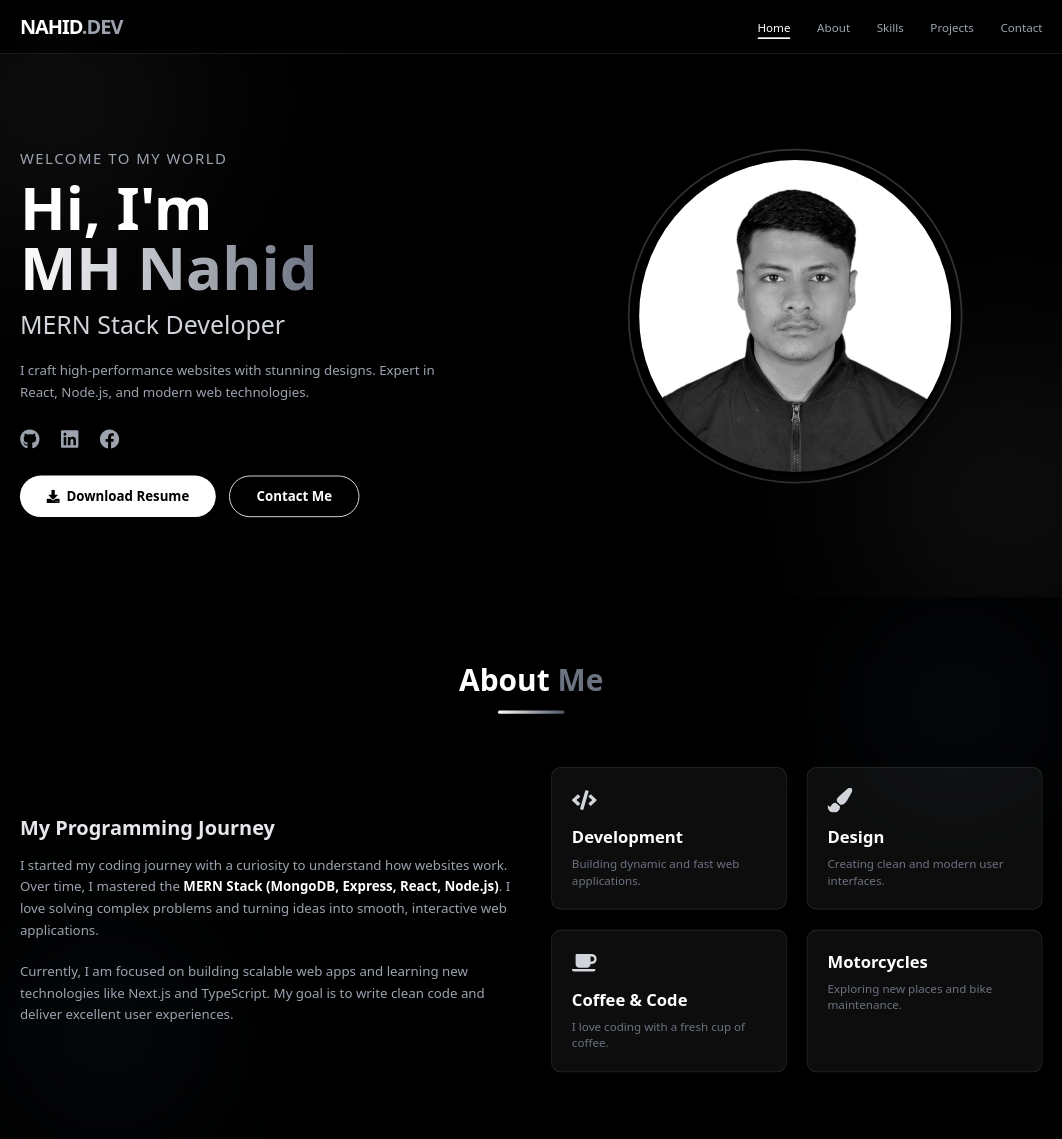
Repository: nahid-hasann/portfolio
Page: /
An editor plug-in stored every save of this project. The page is shown before and after the next save, followed by the edit.
The browser window is 1280 px wide. The pictures show the whole page, at 83% of full size.
The project was rebuilt for these pictures with package versions that can differ from the ones it lists, and the page was loaded fresh each time. Also part of the build but not shown: vite.config.js.

Above is the page before, as saved 2026-01-05 21:24:12.

### index.html
<!doctype html>
<html data-theme="light" lang="en">
  <head>
    <meta charset="UTF-8" />
    <link rel="icon" type="image/svg+xml" href="/vite.svg" />
    <meta name="viewport" content="width=device-width, initial-scale=1.0" />
    <title>my-portfolio</title>
  </head>
  <body>
    <div id="root"></div>
    <script type="module" src="/src/main.jsx"></script>
  </body>
</html>

### src/main.jsx
import { StrictMode } from 'react'
import { createRoot } from 'react-dom/client'
import './index.css'
import App from './App.jsx'
import {
  createBrowserRouter,
  RouterProvider,
} from "react-router-dom";
import Home from './page/Home.jsx';

const router = createBrowserRouter([
  {
    path: "/",
    element: <App />,
    children: [
      {
        path: "/",
        element: <Home></Home>,
      },
      {
        path: "/about",
        element: <div className="text-center mt-10 text-2xl">ℹ️ This is About Section</div>,
      },
      {
        path: "/projects",
        element: <div className="text-center mt-10 text-2xl">🚀 This is Projects Section</div>,
      },
      {
        path: "/contact",
        element: <div className="text-center mt-10 text-2xl">📞 This is Contact Section</div>,
      },
      {
        path: "/skills",
        element: <div className="text-center mt-10 text-2xl" >this is skill </div>
      }
    ]
  },
]);

createRoot(document.getElementById('root')).render(
  <StrictMode>
    <RouterProvider router={router} />
  </StrictMode>,
)

### src/index.css
@tailwind base;
@tailwind components;
@tailwind utilities;

html {
    scroll-behavior: smooth;
    background-color: #000000;

    color: #ffffff;
}


::-webkit-scrollbar {
    width: 8px;
}

::-webkit-scrollbar-track {
    background: #1a1a1a;
}

::-webkit-scrollbar-thumb {
    background: #444;
    border-radius: 4px;
}

::-webkit-scrollbar-thumb:hover {
    background: #fff;
}

### src/App.jsx
import React from 'react';
import { Outlet } from 'react-router-dom';
import Navbar from './component/Navbar';
// import Navbar from './components/Navbar';

function App() {
  return (
    <div>

      <Navbar />

      <div className="w-full">
        <Outlet />
      </div>
    </div>
  );
}

export default App;

### src/page/Home.jsx
import React from 'react';
import Hero from '../component/Hero';
import About from '../component/About';


const Home = () => {
    return (
        <div className="bg-black min-h-screen">

            <Hero />

            <About></About>
        </div>
    );
};

export default Home;

### src/component/Navbar.jsx
import React, { useState } from 'react';
import { Link, useLocation } from 'react-router-dom';
import { motion, AnimatePresence } from 'framer-motion';
import { FaBars, FaTimes } from 'react-icons/fa';

const Navbar = () => {
    const [isOpen, setIsOpen] = useState(false);
    const location = useLocation();

    // মেনু আইটেমগুলোর লিস্ট
    const navLinks = [
        { name: 'Home', path: '/' },
        { name: 'About', path: '/about' },
        { name: 'Skills', path: '/skills' },
        { name: 'Projects', path: '/projects' },
        { name: 'Contact', path: '/contact' },
    ];

    // এক্টিভ লিংক চেক করার ফাংশন
    const isActive = (path) => location.pathname === path;

    return (
        <nav className="fixed top-0 left-0 right-0 z-50 bg-black/80 backdrop-blur-md border-b border-white/10">
            <div className="container mx-auto px-6 py-4 flex justify-between items-center">

                {/* Logo Area */}
                <motion.div
                    initial={{ opacity: 0, x: -20 }}
                    animate={{ opacity: 1, x: 0 }}
                    transition={{ duration: 0.5 }}
                >
                    <Link to="/" className="text-2xl font-bold tracking-tighter text-white">
                        NAHID<span className="text-gray-400">.DEV</span>
                    </Link>
                </motion.div>

                {/* Desktop Menu */}
                <div className="hidden md:flex space-x-8">
                    {navLinks.map((link, index) => (
                        <motion.div
                            key={index}
                            initial={{ opacity: 0, y: -10 }}
                            animate={{ opacity: 1, y: 0 }}
                            transition={{ delay: 0.1 * index, duration: 0.5 }}
                        >
                            <Link
                                to={link.path}
                                className={`text-sm font-medium transition-colors duration-300 relative group ${isActive(link.path) ? 'text-white' : 'text-gray-400 hover:text-white'
                                    }`}
                            >
                                {link.name}
                                {/* Hover Underline Animation */}
                                <span className={`absolute left-0 bottom-[-5px] w-0 h-[2px] bg-white transition-all duration-300 group-hover:w-full ${isActive(link.path) ? 'w-full' : ''}`}></span>
                            </Link>
                        </motion.div>
                    ))}
                </div>

                {/* Mobile Menu Button */}
                <div className="md:hidden">
                    <button onClick={() => setIsOpen(!isOpen)} className="text-white focus:outline-none text-2xl">
                        {isOpen ? <FaTimes /> : <FaBars />}
                    </button>
                </div>
            </div>

            {/* Mobile Dropdown Menu (AnimatePresence for smooth exit) */}
            <AnimatePresence>
                {isOpen && (
                    <motion.div
                        initial={{ opacity: 0, height: 0 }}
                        animate={{ opacity: 1, height: 'auto' }}
                        exit={{ opacity: 0, height: 0 }}
                        className="md:hidden bg-black border-b border-white/10 overflow-hidden"
                    >
                        <div className="flex flex-col items-center py-6 space-y-4">
                            {navLinks.map((link) => (
                                <Link
                                    key={link.name}
                                    to={link.path}
                                    onClick={() => setIsOpen(false)}
                                    className={`text-lg font-medium ${isActive(link.path) ? 'text-white' : 'text-gray-400'}`}
                                >
                                    {link.name}
                                </Link>
                            ))}
                        </div>
                    </motion.div>
                )}
            </AnimatePresence>
        </nav>
    );
};

export default Navbar;

### src/component/Hero.jsx
import React from 'react';
import { motion } from 'framer-motion';
import { FaGithub, FaLinkedin, FaFacebook, FaDownload } from "react-icons/fa";

const Hero = () => {

    const fadeUp = {
        hidden: { opacity: 0, y: 30 },
        visible: { opacity: 1, y: 0, transition: { duration: 0.8 } }
    };

    return (
        <section className="min-h-screen bg-black text-white flex items-center justify-center pt-20 overflow-hidden relative">


            <div className="absolute top-[-10%] left-[-10%] w-96 h-96 bg-white/5 rounded-full blur-[100px]" />
            <div className="absolute bottom-[-10%] right-[-10%] w-96 h-96 bg-white/5 rounded-full blur-[100px]" />

            <div className="container mx-auto px-6 grid md:grid-cols-2 gap-10 items-center relative z-10">

                {/* Left Side: Text Content */}
                <motion.div
                    initial="hidden"
                    animate="visible"
                    variants={{
                        visible: { transition: { staggerChildren: 0.2 } }
                    }}
                    className="text-center md:text-left"
                >
                    <motion.p variants={fadeUp} className="text-gray-400 text-lg mb-2 tracking-widest uppercase">
                        Welcome to my world
                    </motion.p>

                    <motion.h1 variants={fadeUp} className="text-5xl md:text-7xl font-bold mb-4 leading-tight">
                        Hi, I'm <br />
                        <span className="text-transparent bg-clip-text bg-gradient-to-r from-white to-gray-500">
                            MH Nahid
                        </span>
                    </motion.h1>

                    <motion.h2 variants={fadeUp} className="text-2xl md:text-3xl font-light text-gray-300 mb-6">
                        MERN Stack Developer
                    </motion.h2>

                    <motion.p variants={fadeUp} className="text-gray-400 max-w-lg mx-auto md:mx-0 mb-8 leading-relaxed">
                        I craft high-performance websites with stunning designs. Expert in React, Node.js, and modern web technologies.
                    </motion.p>


                    <motion.div variants={fadeUp} className="flex gap-6 justify-center md:justify-start mb-8">
                        {[
                            { icon: <FaGithub />, link: "https://github.com/nahid-hasann" },
                            { icon: <FaLinkedin />, link: "https://www.linkedin.com/in/mh-nahid-webdev/" },
                            { icon: <FaFacebook />, link: "https://www.facebook.com/mh.na.hi.d.554448/" }
                        ].map((social, index) => (
                            <a
                                key={index}
                                href={social.link}
                                target="_blank"
                                className="text-2xl text-gray-400 hover:text-white hover:scale-110 transition-transform duration-300"
                            >
                                {social.icon}
                            </a>
                        ))}
                    </motion.div>


                    <motion.div variants={fadeUp} className="flex flex-col sm:flex-row gap-4 justify-center md:justify-start">
                        <a
                            href="/resume.pdf"
                            download
                            className="px-8 py-3 bg-white text-black font-bold rounded-full hover:bg-gray-200 transition duration-300 flex items-center justify-center gap-2"
                        >
                            <FaDownload /> Download Resume
                        </a>
                        <a
                            href="/contact"
                            className="px-8 py-3 border border-white text-white font-bold rounded-full hover:bg-white/10 transition duration-300"
                        >
                            Contact Me
                        </a>
                    </motion.div>
                </motion.div>


                <motion.div
                    initial={{ opacity: 0, scale: 0.8 }}
                    animate={{ opacity: 1, scale: 1 }}
                    transition={{ duration: 0.8 }}
                    className="flex justify-center"
                >

                    <motion.div
                        animate={{ y: [0, -20, 0] }}
                        transition={{ duration: 4, repeat: Infinity, ease: "easeInOut" }}
                        className="relative w-80 h-80 md:w-96 md:h-96"
                    >

                        <div className="absolute inset-0 border-2 border-white/20 rounded-full transform rotate-6 scale-105" />


                        <img
                            src="/public/193213-.jpg"
                            alt="Nahid Profile"
                            className="w-full object-top h-full object-cover rounded-full shadow-2xl border-4 border-black grayscale hover:grayscale-0 transition duration-500"
                        />
                    </motion.div>
                </motion.div>
            </div>
        </section>
    );
};

export default Hero;

### src/component/About.jsx
import React from 'react';
import { motion } from 'framer-motion';
import { FaCode, FaPaintBrush,  FaCoffee } from "react-icons/fa"; // কিছু আইকন শখের জন্য

const About = () => {
    return (
        <section id="about" className="py-20 bg-black text-white relative overflow-hidden">
            {/* Background Elements */}
            <div className="absolute top-0 right-0 w-64 h-64 bg-gray-800/20 rounded-full blur-[80px]" />
            <div className="absolute bottom-0 left-0 w-64 h-64 bg-gray-800/20 rounded-full blur-[80px]" />

            <div className="container mx-auto px-6 relative z-10">

                {/* Section Title */}
                <motion.div
                    initial={{ opacity: 0, y: 20 }}
                    whileInView={{ opacity: 1, y: 0 }}
                    transition={{ duration: 0.6 }}
                    className="text-center mb-16"
                >
                    <h2 className="text-4xl font-bold mb-4">About <span className="text-gray-500">Me</span></h2>
                    <div className="w-20 h-1 bg-gradient-to-r from-white to-gray-600 mx-auto rounded-full"></div>
                </motion.div>

                <div className="grid md:grid-cols-2 gap-12 items-center">

                    {/* Left Side: My Journey Text */}
                    <motion.div
                        initial={{ opacity: 0, x: -50 }}
                        whileInView={{ opacity: 1, x: 0 }}
                        transition={{ duration: 0.8 }}
                    >
                        <h3 className="text-2xl font-semibold mb-4 text-gray-200">My Programming Journey</h3>
                        <p className="text-gray-400 leading-relaxed mb-6">
                            I started my coding journey with a curiosity to understand how websites work.
                            Over time, I mastered the <span className="text-white font-bold">MERN Stack (MongoDB, Express, React, Node.js)</span>.
                            I love solving complex problems and turning ideas into smooth, interactive web applications.
                        </p>
                        <p className="text-gray-400 leading-relaxed">
                            Currently, I am focused on building scalable web apps and learning new technologies like Next.js and TypeScript.
                            My goal is to write clean code and deliver excellent user experiences.
                        </p>
                    </motion.div>

                    {/* Right Side: Cards for Interests/Hobbies */}
                    <motion.div
                        initial={{ opacity: 0, x: 50 }}
                        whileInView={{ opacity: 1, x: 0 }}
                        transition={{ duration: 0.8 }}
                        className="grid grid-cols-1 sm:grid-cols-2 gap-6"
                    >
                        {/* Card 1: Web Development */}
                        <div className="p-6 bg-white/5 border border-white/10 rounded-xl hover:bg-white/10 transition duration-300">
                            <FaCode className="text-3xl text-gray-300 mb-4" />
                            <h4 className="text-xl font-bold mb-2">Development</h4>
                            <p className="text-gray-500 text-sm">Building dynamic and fast web applications.</p>
                        </div>

                        {/* Card 2: Design */}
                        <div className="p-6 bg-white/5 border border-white/10 rounded-xl hover:bg-white/10 transition duration-300">
                            <FaPaintBrush className="text-3xl text-gray-300 mb-4" />
                            <h4 className="text-xl font-bold mb-2">Design</h4>
                            <p className="text-gray-500 text-sm">Creating clean and modern user interfaces.</p>
                        </div>

                        {/* Card 3: Hobbies (Gaming/Sports) */}
                        <div className="p-6 bg-white/5 border border-white/10 rounded-xl hover:bg-white/10 transition duration-300">
                            <FaCoffee className="text-3xl text-gray-300 mb-4" />
                            <h4 className="text-xl font-bold mb-2">Coffee & Code</h4>
                            <p className="text-gray-500 text-sm">I love coding with a fresh cup of coffee.</p>
                        </div>
                        {/* Card 4: Interests */}
                        <div className="p-6 bg-white/5 border border-white/10 rounded-xl hover:bg-white/10 transition duration-300">
                            {/* এখানে তুমি তোমার পছন্দের আইকন দিতে পারো */}
                            <h4 className="text-xl font-bold mb-2">Motorcycles</h4>
                            <p className="text-gray-500 text-sm">Exploring new places and bike maintenance.</p>
                        </div>

                    </motion.div>
                </div>
            </div>
        </section>
    );
};

export default About;

### tailwind.config.js
/** @type {import('tailwindcss').Config} */
export default {
    content: [
        "./index.html",
        "./src/**/*.{js,ts,jsx,tsx}",
    ],
    theme: {
        extend: {},
    },
    plugins: [
        require('daisyui'),
    ],
  }

After the next save:
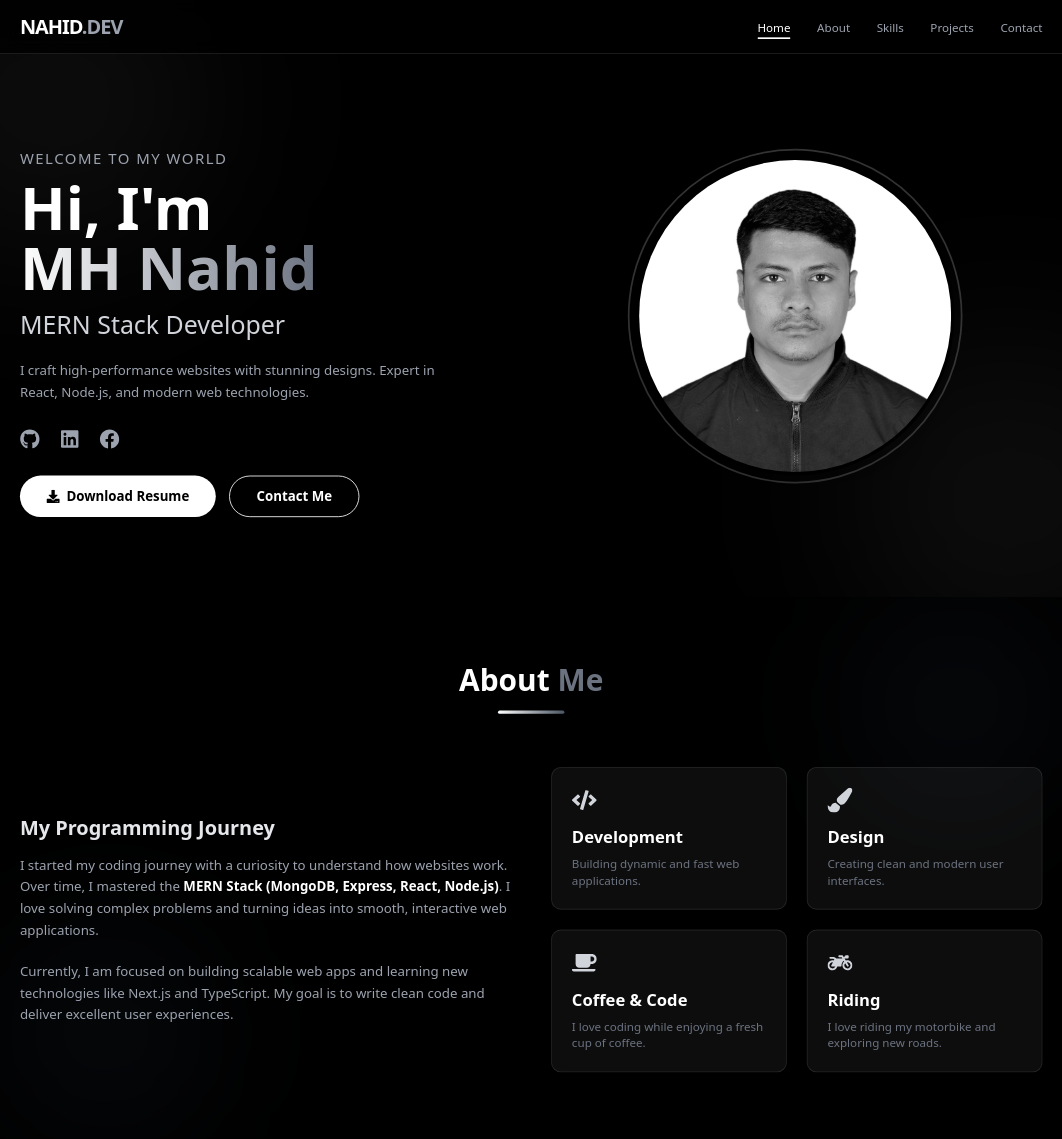
Saved 1 s later.
--- a/src/component/About.jsx
+++ b/src/component/About.jsx
@@ -1,6 +1,7 @@
 import React from 'react';
 import { motion } from 'framer-motion';
-import { FaCode, FaPaintBrush,  FaCoffee } from "react-icons/fa"; // কিছু আইকন শখের জন্য
+// ১. এখানে FaMotorcycle আইকনটি যুক্ত করেছি
+import { FaCode, FaPaintBrush, FaCoffee, FaMotorcycle } from "react-icons/fa";
 
 const About = () => {
     return (
@@ -63,17 +64,18 @@ const About = () => {
                             <p className="text-gray-500 text-sm">Creating clean and modern user interfaces.</p>
                         </div>
 
-                        {/* Card 3: Hobbies (Gaming/Sports) */}
+                        {/* Card 3: Coffee & Code (তোমার পছন্দের) */}
                         <div className="p-6 bg-white/5 border border-white/10 rounded-xl hover:bg-white/10 transition duration-300">
                             <FaCoffee className="text-3xl text-gray-300 mb-4" />
                             <h4 className="text-xl font-bold mb-2">Coffee & Code</h4>
-                            <p className="text-gray-500 text-sm">I love coding with a fresh cup of coffee.</p>
+                            <p className="text-gray-500 text-sm">I love coding while enjoying a fresh cup of coffee.</p>
                         </div>
-                        {/* Card 4: Interests */}
+
+                        {/* Card 4: Motorbike Riding (তোমার পছন্দের) */}
                         <div className="p-6 bg-white/5 border border-white/10 rounded-xl hover:bg-white/10 transition duration-300">
-                            {/* এখানে তুমি তোমার পছন্দের আইকন দিতে পারো */}
-                            <h4 className="text-xl font-bold mb-2">Motorcycles</h4>
-                            <p className="text-gray-500 text-sm">Exploring new places and bike maintenance.</p>
+                            <FaMotorcycle className="text-3xl text-gray-300 mb-4" />
+                            <h4 className="text-xl font-bold mb-2">Riding</h4>
+                            <p className="text-gray-500 text-sm">I love riding my motorbike and exploring new roads.</p>
                         </div>
 
                     </motion.div>
